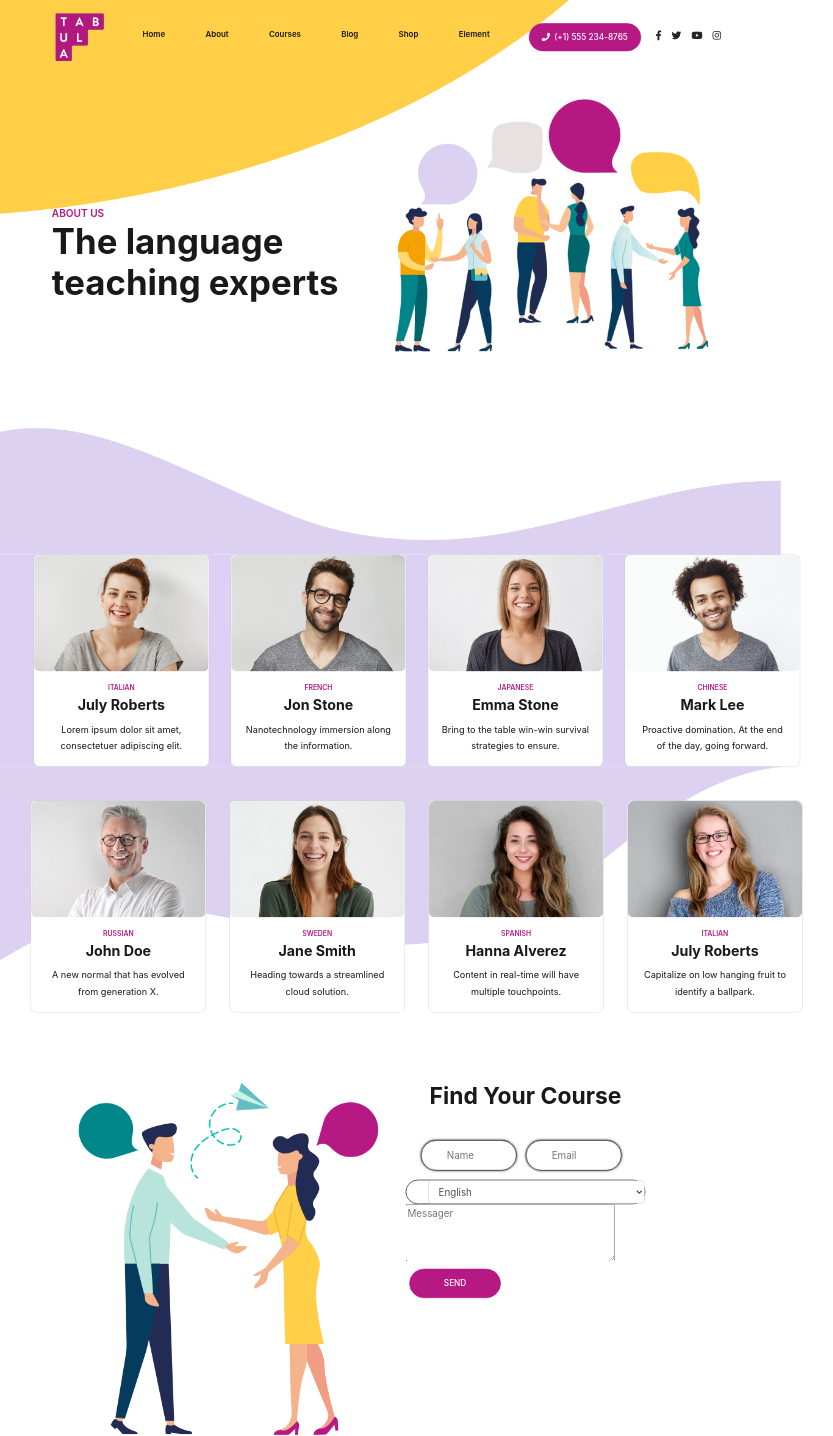
Repository: Khanh1234-glitch/TruongNguyenBaoKhanh_BC22_assignment__tabula
Page: Tabula/index.html
The author's editor kept a copy of each file at every save. The page is drawn from the files as they stood at one save, then again after the next save.
The browser window is 1280 px wide. The page is 1366 px wide, so the pictures cover 1366 px, including what lies to the right of the window. The pictures show the whole page, at 61% of full size.
The style sheet was rebuilt from its Sass, Less or Tailwind sources for each picture, by a compiler version that may differ from the author's.

Above is the page before, as saved 2022-04-18 09:59:58.

After the next save:
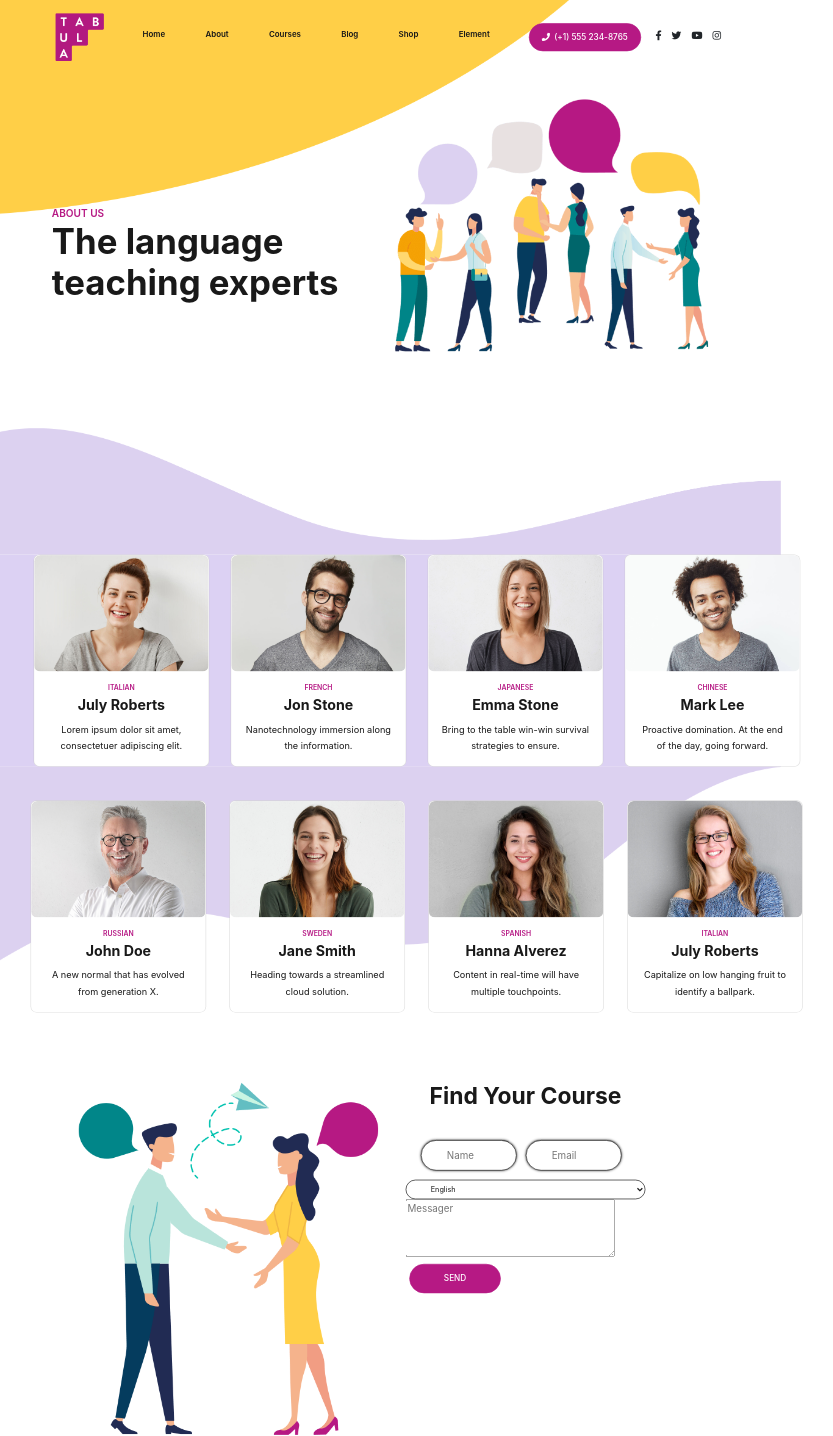
Saved 15 s later.
--- a/Tabula/Sass/Component/_footer-form.scss
+++ b/Tabula/Sass/Component/_footer-form.scss
@@ -34,7 +34,7 @@
                         }
                     }
                 }
-                .seclect-form {
+                .form-control {
                     border-color: #000000;
                     border-radius: 50px;
                     border-style: solid;
